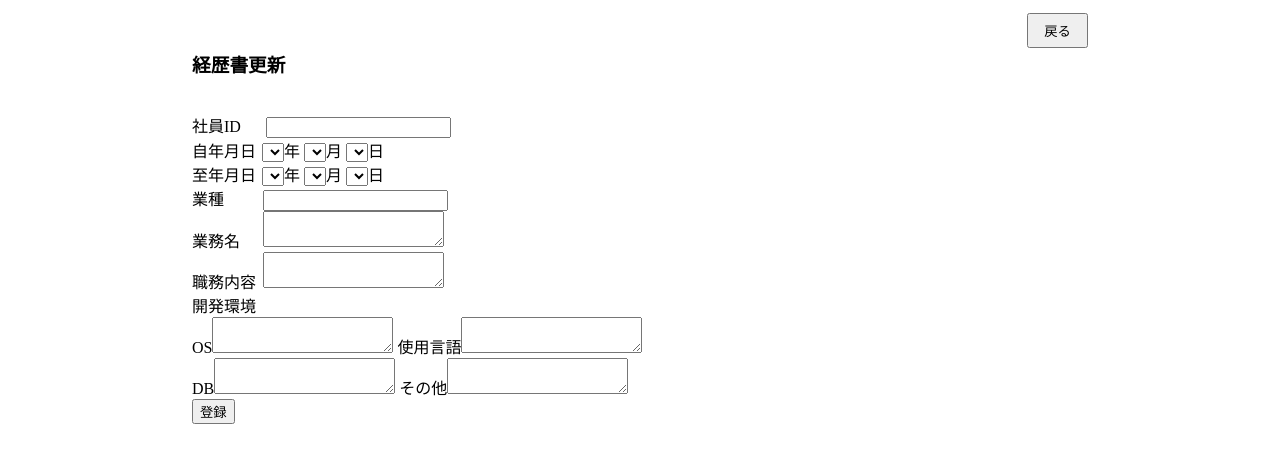
Repository: nguyenvantandev/WebApp
Page: http://localhost/EmployeeInfoSystem/ResumeUpdate.jsp
The author's editor kept a copy of each file at every save. The page is drawn from the files as they stood at one save, then again after the next save.
The browser window is 1280 px wide. The pictures show the whole page.
Some web libraries are served in a nearby version. The page is served by Tomcat 9.

Above is the page before, as saved 2016-06-15 01:11:20.

After the next save:
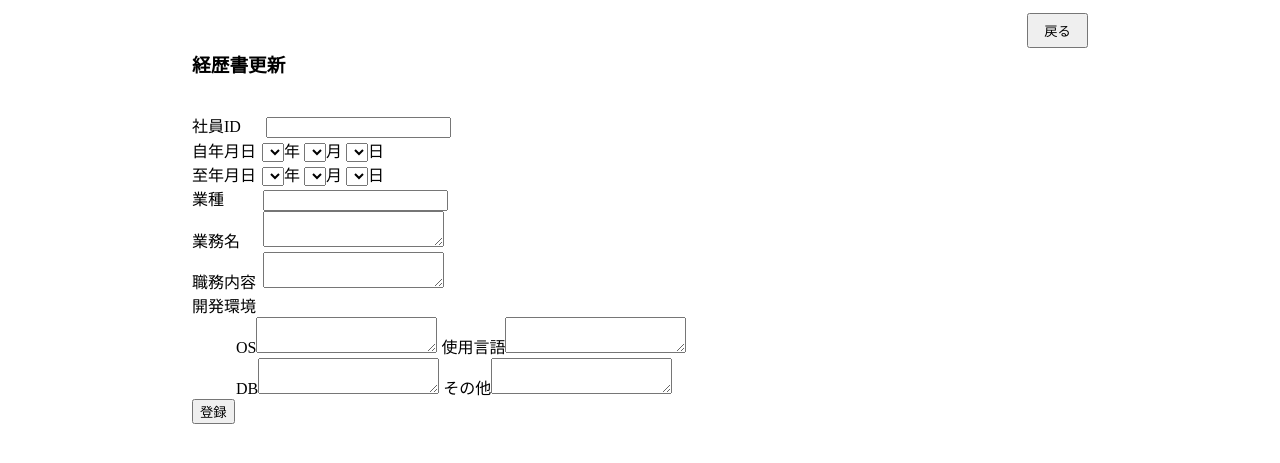
Saved 40 s later.
--- a/EmployeeInfoSystem/WebContent/css/ResumeUpdate.css
+++ b/EmployeeInfoSystem/WebContent/css/ResumeUpdate.css
@@ -76,7 +76,7 @@ h3{
 
 }
 #label_os{
-
+	margin-left: 44px;
 }
 #os{
 
@@ -88,7 +88,7 @@ h3{
 
 }
 #label_db{
-
+	margin-left: 44px;
 }
 #db{
 
